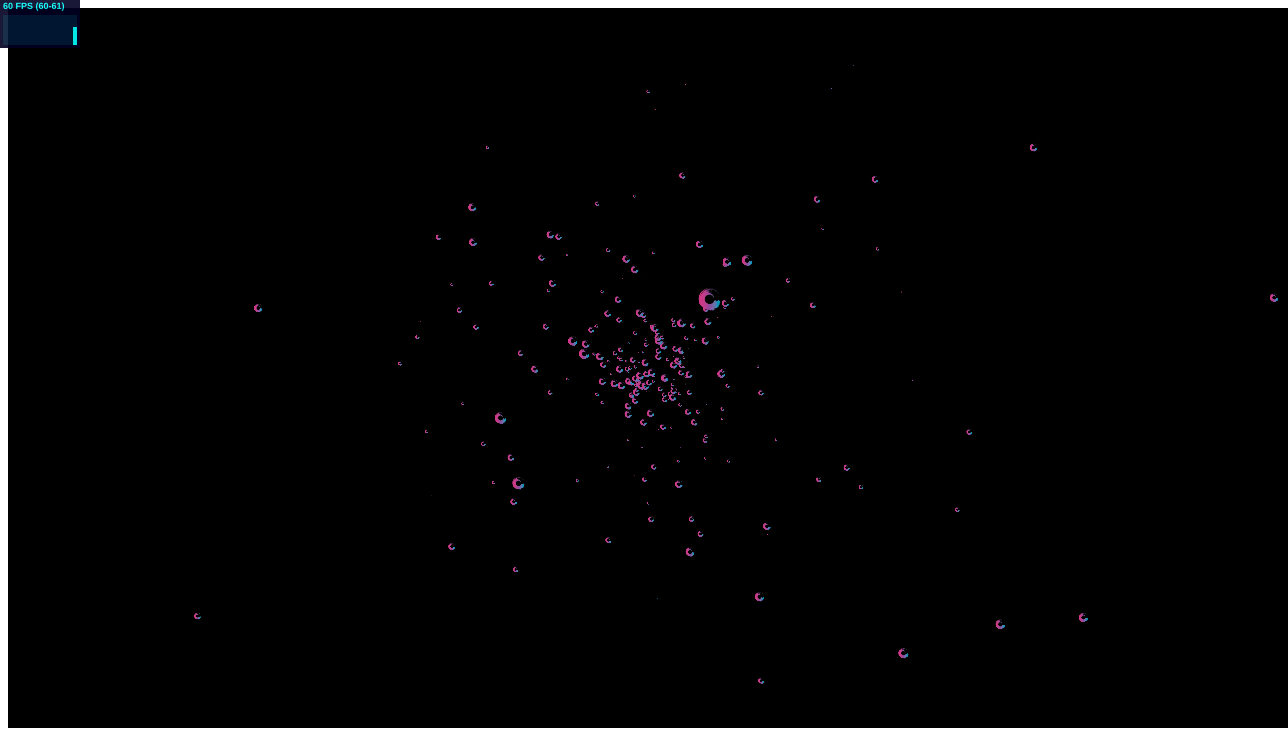
Repository: jocarsa/ThreeJSVJ
Page: index19.html
The author's editor kept a record of every edit. The page is drawn from the files as they stood at one moment, then again after the next edit.
The browser window is 1280 px wide. The page is 1288 px wide, so the pictures cover 1288 px, including what lies to the right of the window. The pictures show the whole page.

Above is the page before.

After the next edit:
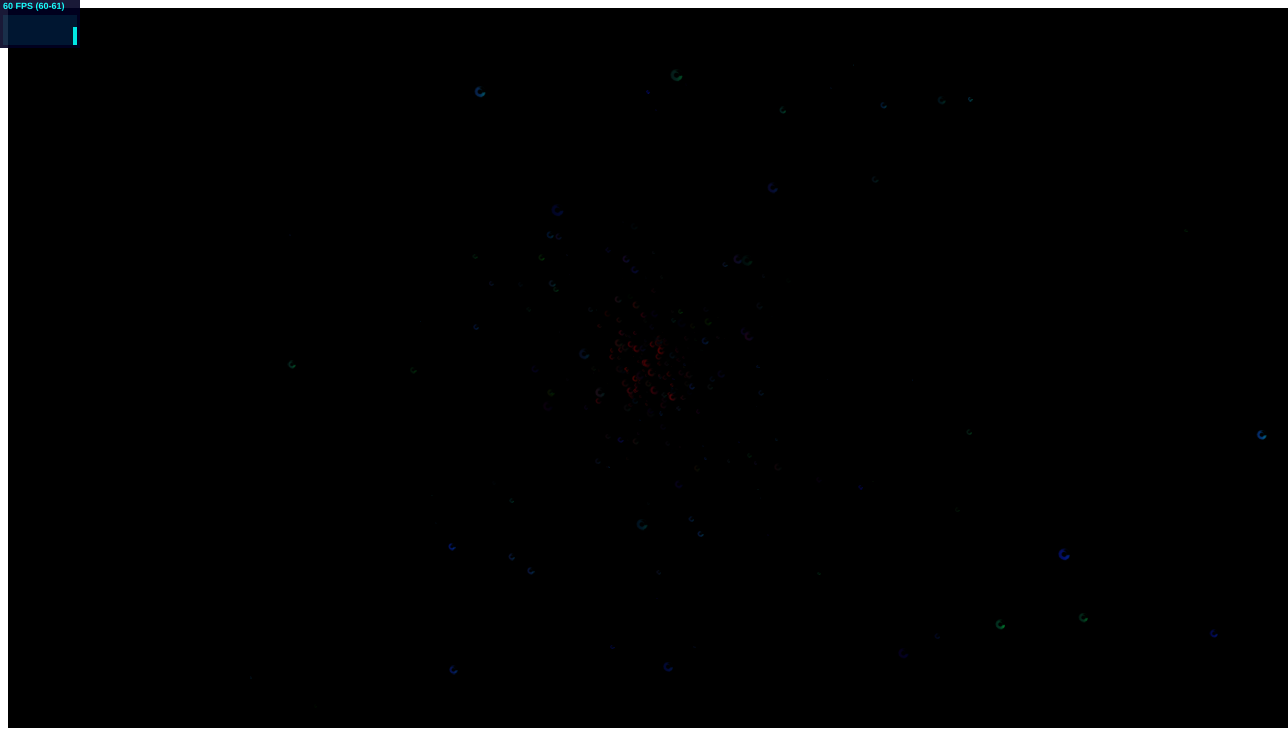
The edit:
--- a/index19.html
+++ b/index19.html
@@ -36,7 +36,7 @@
 			    scene.add( luzglobal );
 			    stats = new Stats();
 				container.appendChild( stats.dom );
-			    renderer = new THREE.CanvasRenderer();
+			    renderer = new THREE.WebGLRenderer();
 				renderer.setPixelRatio( window.devicePixelRatio );
 				renderer.setSize( window.innerWidth, window.innerHeight );
 				container.appendChild( renderer.domElement );
